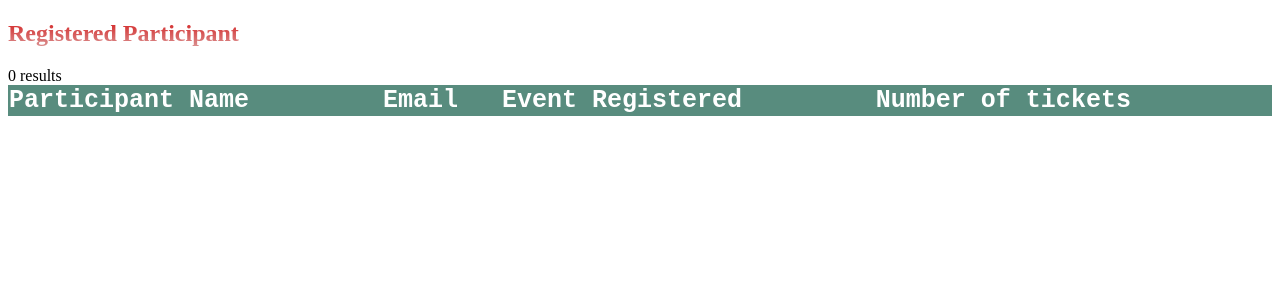
Repository: farhan-helmy/web_prog_project_dulu2
Page: http://localhost/view.php
These files come from the project's save history. The page is drawn as it stood at one moment and after the next save; the edit follows.
The browser window is 1280 px wide. The pictures show the whole page.
The page is run by PHP 8.4 with error messages shown; the project is at /var/www/html/. Queries for data that is not in the repository find no rows.

Above is the page before, as saved 2020-05-12 07:21:27.

### view.php
<!DOCTYPE html>
<html>
<head>
<title>Table with database</title>
<style>
table {
border-collapse: collapse;
width: 100%;
color: #588c7e;
font-family: monospace;
font-size: 25px;
text-align: left;
}
th {
background-color: #588c7e;
color: white;
}
tr:nth-child(even) {background-color: #f2f2f2}
h2 {
      background: -webkit-linear-gradient(rgb(212, 30, 30), rgb(218, 146, 146));
      -webkit-background-clip: text;
      -webkit-text-fill-color: transparent;
    }
</style>
</head>
<body>
<h2>Registered Participant</h2>
<table>
<tr>
<th>Participant Name</th>
<th>Email</th>
<th>Event Registered</th>
<th>Number of tickets</th>
</tr>
<?php
$conn = mysqli_connect("localhost", "root", "", "webproject");
// Check connection
if ($conn->connect_error) {
die("Connection failed: " . $conn->connect_error);
}
$sql = "SELECT name, email, eventname, tickets FROM registration";
$result = $conn->query($sql);
if ($result->num_rows > 0) {
// output data of each row
while($row = $result->fetch_assoc()) {
echo "<tr><td>" . $row["name"]. "</td><td>" . $row["email"] . "</td><td>" . $row["eventname"] . "</td><td>"
. $row["tickets"]. "</td></tr>";
}
echo "</table>";
} else { echo "0 results"; }
$conn->close();
?>
</table>
</body>
</html>

After the next save:
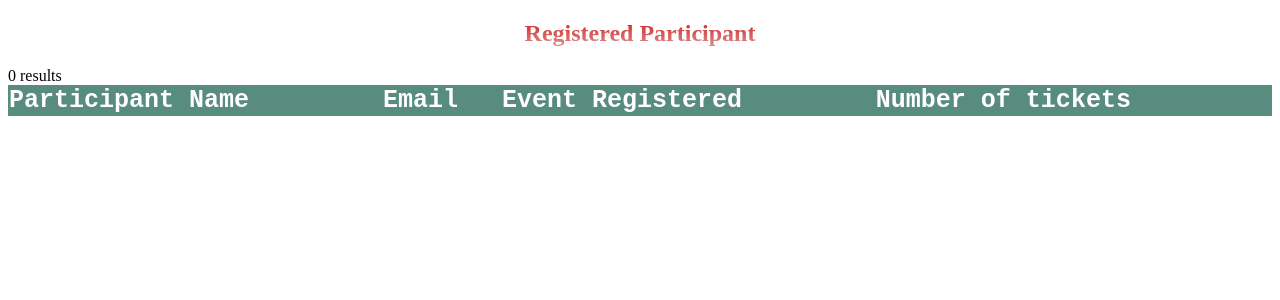
Saved 22 s later.
--- a/view.php
+++ b/view.php
@@ -24,7 +24,7 @@
 </style>
 </head>
 <body>
-<h2>Registered Participant</h2>
+<h2 style="text-align: center;">Registered Participant</h2>
 <table>
 <tr>
 <th>Participant Name</th>
